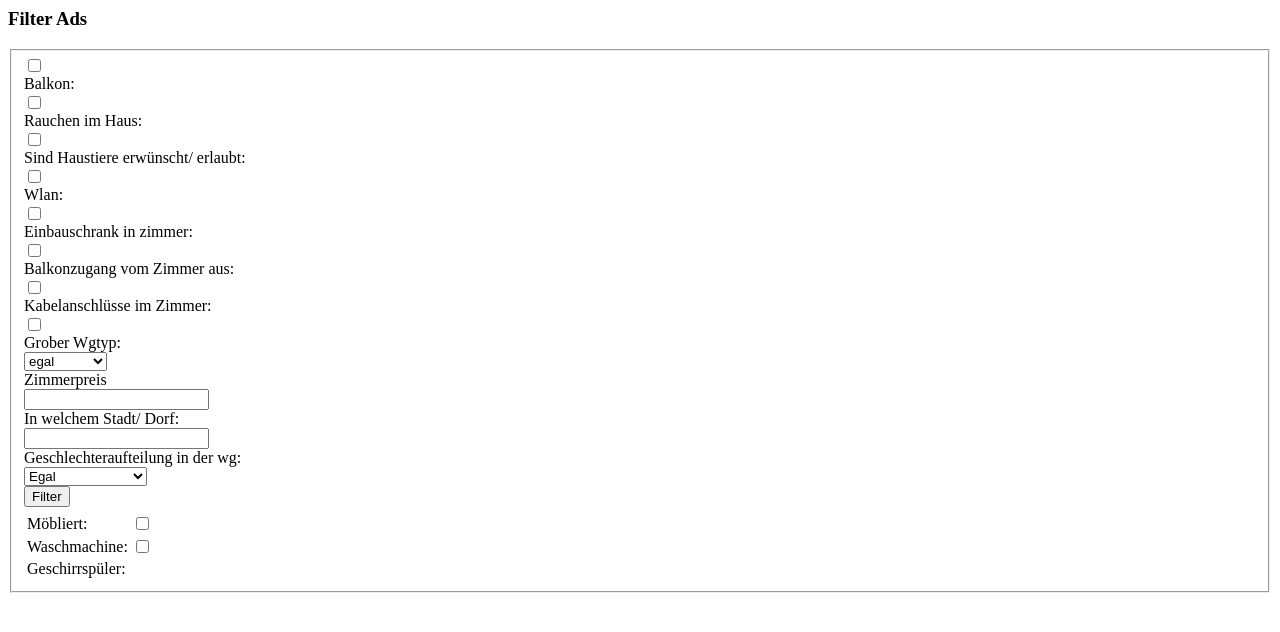
Repository: ese-unibe-ch/ese2014-team2
Page: http://localhost/Skeleton/pages/template/filter.jsp
An editor plug-in stored every save of this project. The page is shown before and after the next save, followed by the edit.
The browser window is 1280 px wide. The pictures show the whole page.
The page is served by Tomcat 9. Nobody is signed in. The application's start-up code is not run. The template is opened directly, without the code that normally fills it, so the values that code supplies are empty.

Above is the page before, as saved 2014-10-30 16:36:05.

After the next save:
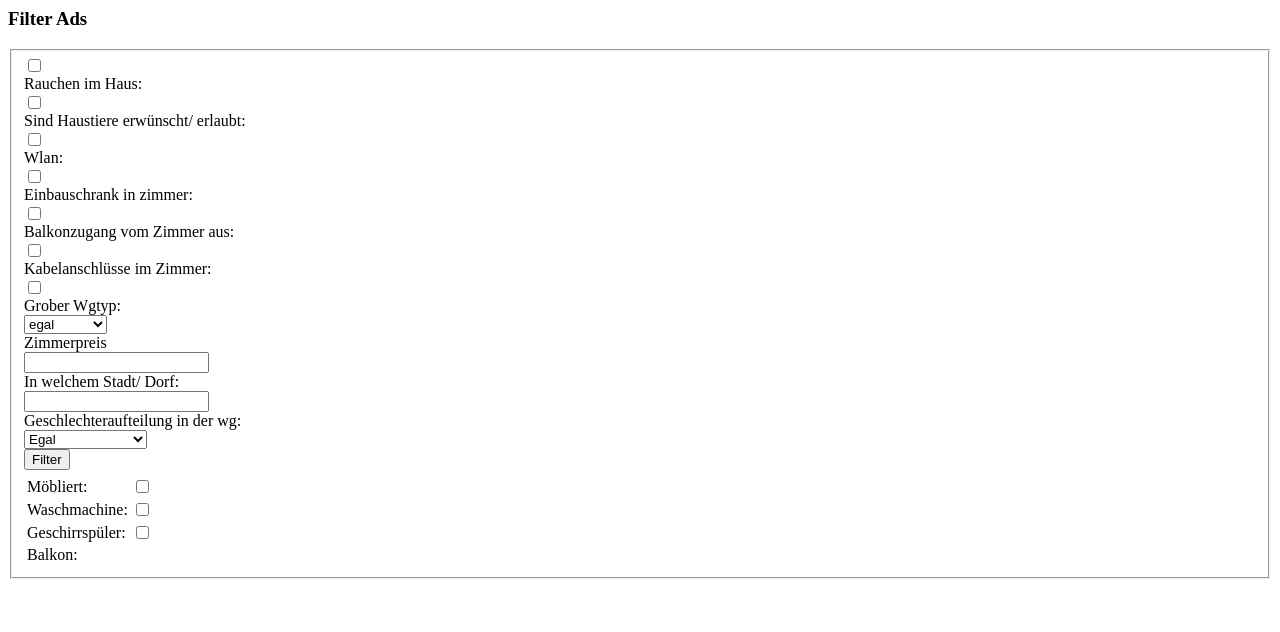
Saved 23 s later.
--- a/Skeleton/src/main/webapp/pages/template/filter.jsp
+++ b/Skeleton/src/main/webapp/pages/template/filter.jsp
@@ -43,6 +43,17 @@
 					<td>
 						<label class="control-label" for="field-Dishwasher">Geschirrspüler:</label>
 					</td>
+					<td>
+						<div class="controls">
+							<form:checkbox	path="hasDishwasher" id="field-Dishwasher" tabindex="3" />
+						</div>
+					</td>
+				</tr>
+
+				<tr>
+					<td>
+						<label class="control-label" for="field-Balcony">Balkon:</label>
+					</td>
 					<td></td>
 				</tr>
 
@@ -51,12 +62,8 @@
 
 
 
-						<div class="controls">
-						<form:checkbox	path="hasDishwasher" id="field-Dishwasher" tabindex="3" />
-						</div>
 
 
-						<label class="control-label" for="field-Balcony">Balkon:</label>
 						<div class="controls">
 						<form:checkbox	path="hasBalcony" id="field-Balcony" tabindex="4" />
 						</div>
